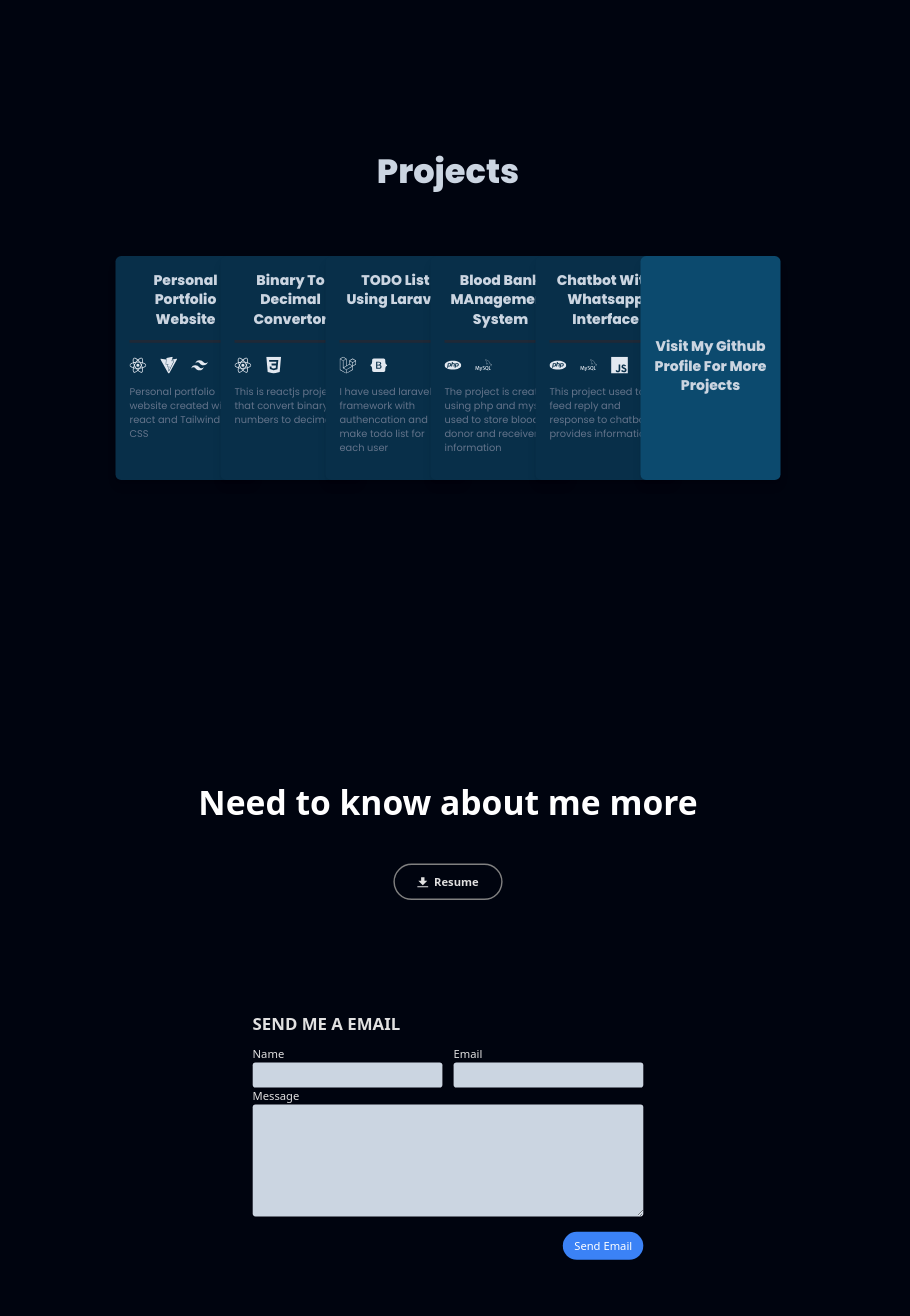
Repository: sibi24sibi/MyPersonalPortfolio
Page: /
The author's editor kept a copy of each file at every save. The page is drawn from the files as they stood at one save, then again after the next save.
The browser window is 1280 px wide. The page is 1300 px wide, so the pictures cover 1300 px, including what lies to the right of the window. The pictures show the part of the page from y = 1634 to 3514 px (the page is 3514 px tall before and 3494 px after), at 70% of full size.
The project was rebuilt for these pictures with package versions that can differ from the ones it lists, and the page was loaded fresh each time. Also part of the build but not shown: vite.config.js, src/components/Menu.jsx, src/components/Footer.jsx.

Above is the page before, as saved 2024-05-03 20:32:27.

After the next save:
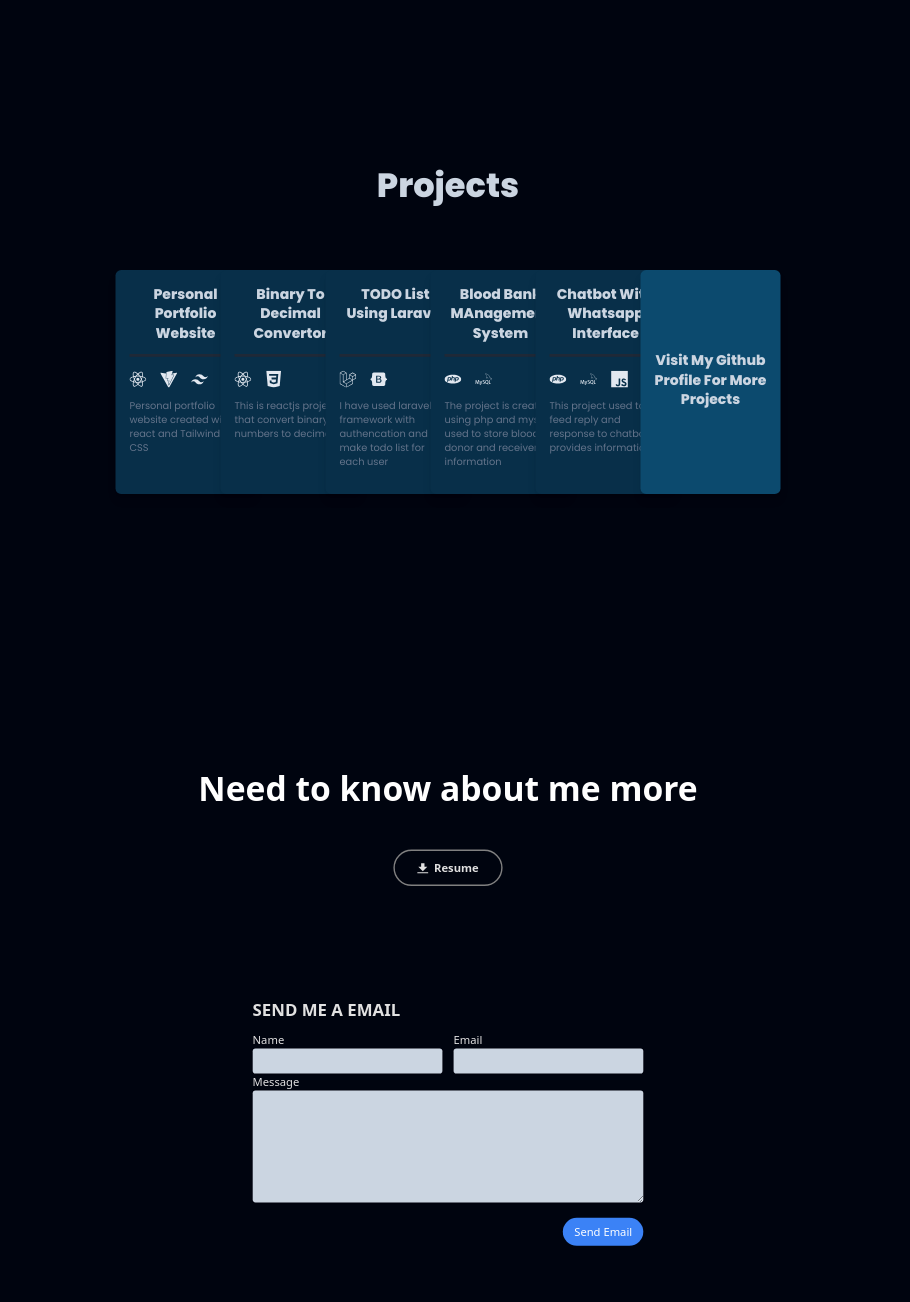
Saved 15 s later.
--- a/src/components/Projects.jsx
+++ b/src/components/Projects.jsx
@@ -35,9 +35,9 @@ const Projects = () => {
 
 <section
       id="projects"
-      className="EXPERIENCE p-5 mx-5 min-h-screen font-['Poppins'] mt-5   max-sm:p-2 max-sm:mx-5"
+      className="EXPERIENCE p-5 mx-5 min-h-screen font-['Poppins']   max-sm:p-2 max-sm:mx-5"
     >
-<h1 className="text-[#00040f] dark:text-slate-300 text-center font-extrabold text-5xl mb-24  max-sm:text-4xl  ">
+<h1 className="text-[#00040f] dark:text-slate-300 text-center mt-10 font-extrabold text-5xl mb-24  max-sm:text-4xl  ">
           Projects
 </h1>
 <div className="container flex justify-center flex-col md:flex-row">
